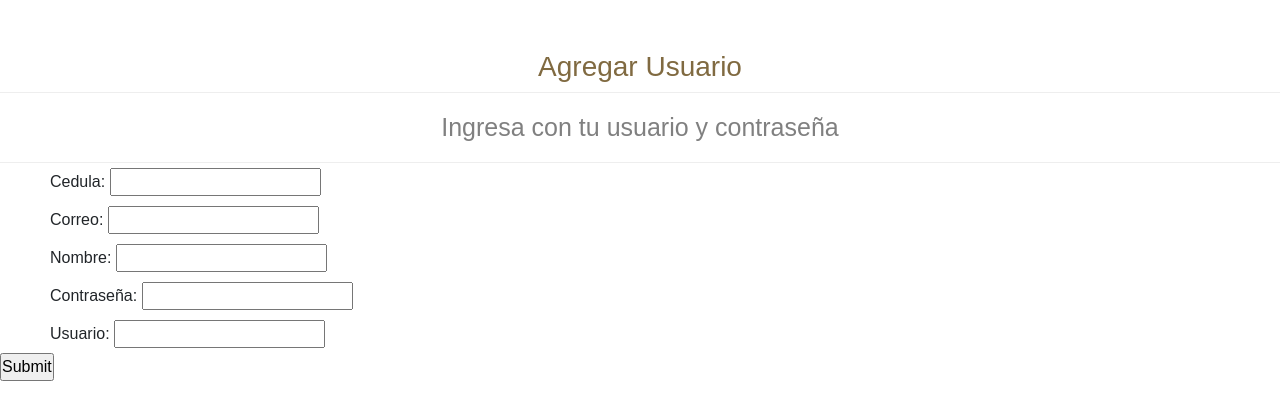
Repository: andresrojas686/tiendaGenericaMintic
Page: primerJSP/src/main/webapp/agregarUsuario.html
The author's editor kept a copy of each file at every save. The page is drawn from the files as they stood at one save, then again after the next save.
The browser window is 1280 px wide. The pictures show the whole page.

Above is the page before, as saved 2021-09-15 21:02:09.

After the next save:
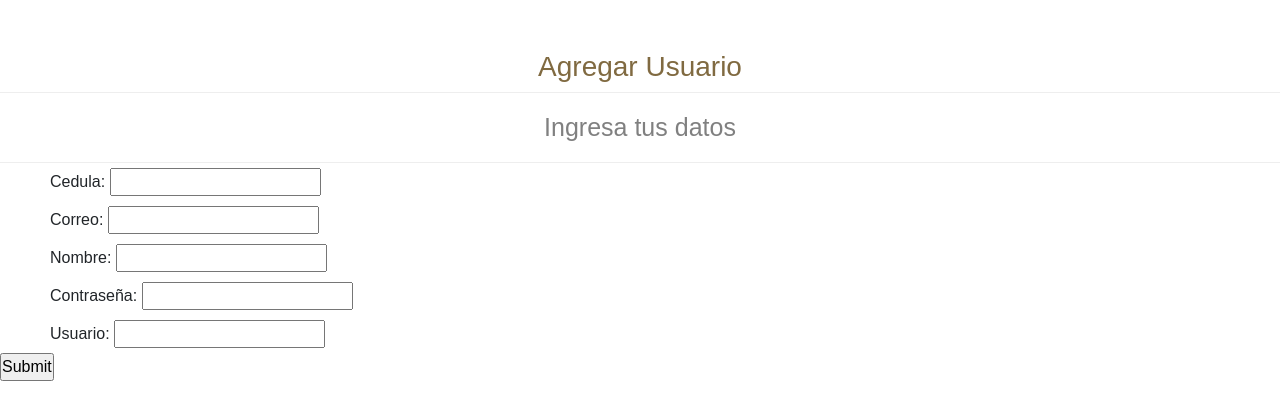
Saved 36 s later.
--- a/primerJSP/src/main/webapp/agregarUsuario.html
+++ b/primerJSP/src/main/webapp/agregarUsuario.html
@@ -9,7 +9,7 @@
 <body>
 	<h1 class="titulo-tienda">Agregar Usuario</h1>
 	<div class="border-top border-bottom py-3">
-		<p class="ingresa">Ingresa con tu usuario y contraseña</p>
+		<p class="ingresa">Ingresa tus datos</p>
 	</div>
 	<form action="agregarUsuario.jsp" method = "post">
 		<div>
